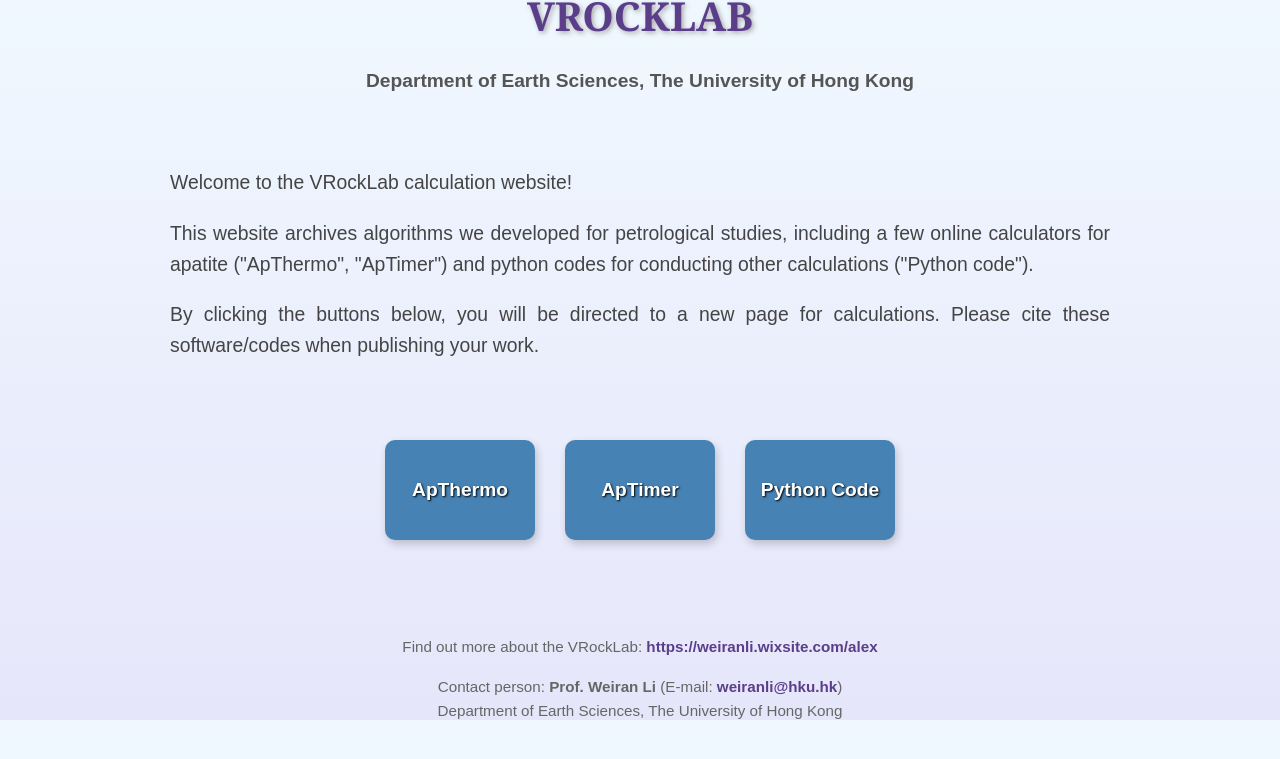
Repository: Abyss2019/home_page
Page: index.html
An editor plug-in stored every save of this project. The page is shown before and after a run of saves, followed by the edit.
The browser window is 1280 px wide. The pictures show the whole page.

Above is the page before, as saved 2025-04-06 10:31:48.

After the next 2 saves:
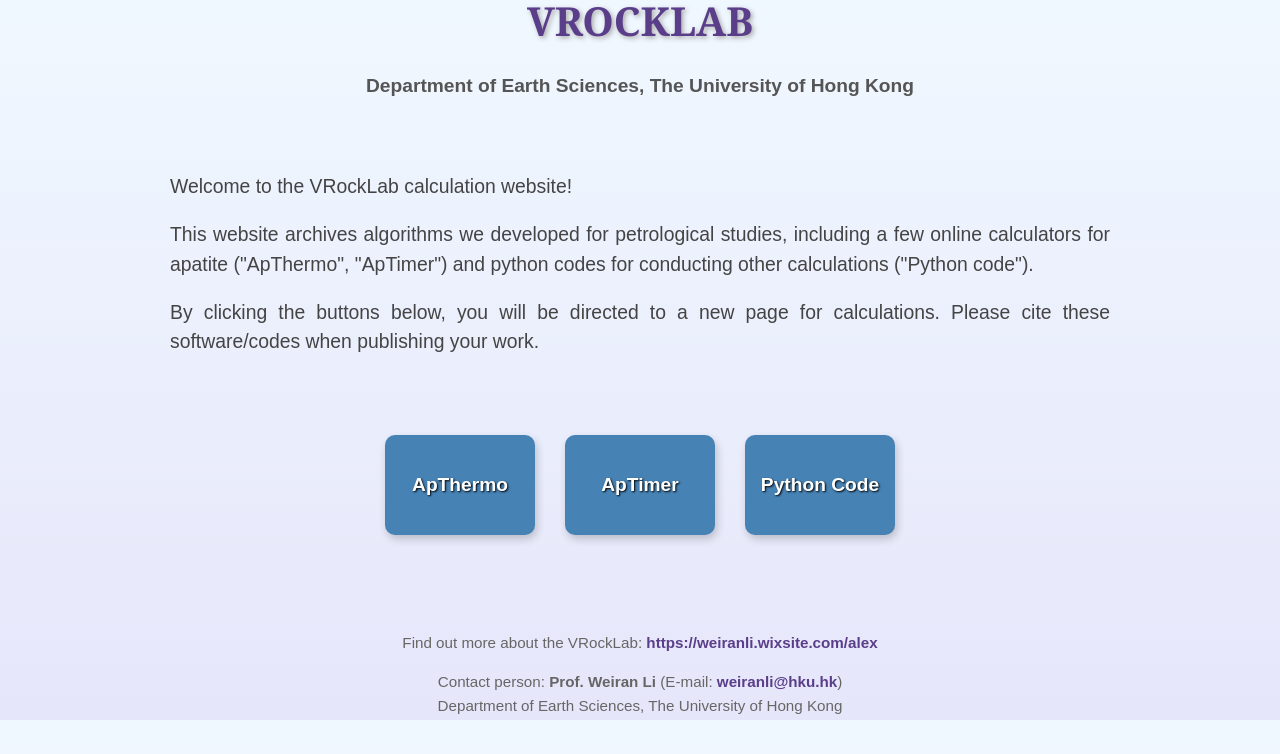
The 2 saves are shown as one change because they came seconds apart.
The last was saved 28 s later.
--- a/index.html
+++ b/index.html
@@ -39,7 +39,7 @@
 
         .intro {
         font-size: 1.1em;
-        line-height: 1.6;
+        line-height: 1.5;
         text-align: justify;
         color: #444;
         /* background-color: #f2f6ff; */
